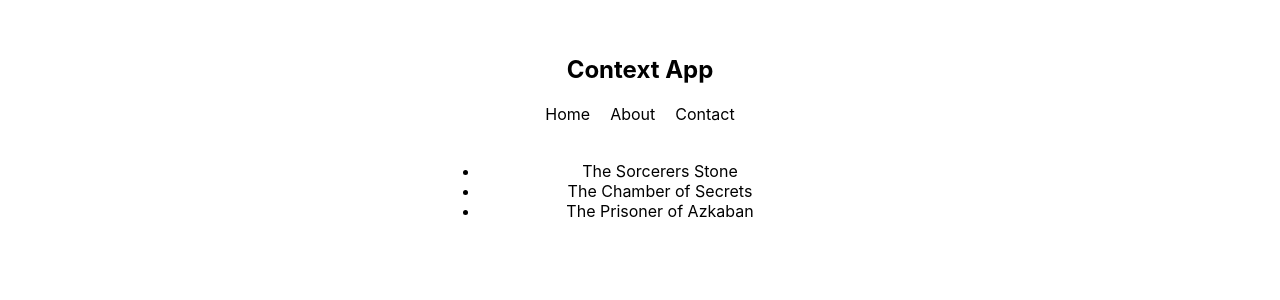
Repository: gboyega/Hook-Context-tut
Page: /
An editor plug-in stored every save of this project. The page is shown before and after a run of saves, followed by the edit.
The browser window is 1280 px wide. The pictures show the whole page.
The project was rebuilt for these pictures with package versions that can differ from the ones it lists, and the page was loaded fresh each time.

Above is the page before, as saved 2020-01-18 14:43:20.

### src/index.css
body {
  margin: 0;
  font-family: -apple-system, BlinkMacSystemFont, 'Segoe UI', 'Roboto', 'Oxygen',
    'Ubuntu', 'Cantarell', 'Fira Sans', 'Droid Sans', 'Helvetica Neue',
    sans-serif;
  -webkit-font-smoothing: antialiased;
  -moz-osx-font-smoothing: grayscale;
}

.App {
  max-width : 400px;
  margin: 30px auto;
  text-align: center;
}

nav{
  padding: 5px;
}

nav ul {
  padding: 0;
}

nav ul li {
  display: inline-block;
  margin: 0 10px;
}

.book-list {
  padding
}

### src/App.js
import React from 'react';
import Navbar from './components/Navbar';
import BookList from './components/BookList';

function App() {
  return (
    <div className="App">
    <Navbar />
    <BookList />

    </div>
  );
}

export default App;

### src/components/Navbar.js
import React, { Component } from 'react';

class Navbar extends Component {
    render() {
        return (
          <nav>
            <h1>Context App</h1>
            <ul>
              <li>Home</li>
              <li>About</li>
              <li>Contact</li>
            </ul>
          </nav>
        );
    }
}

export default Navbar ;

### src/components/BookList.js
import React, { Component } from 'react'

class BookList extends Component {

    render() {
        return (
          <div className="book-list">
            <ul>
              <li>The Sorcerers Stone</li>
              <li>The Chamber of Secrets </li>
              <li>The Prisoner of Azkaban</li>
            </ul>
          </div>
        );
    }
}

export default BookList;

Loaded but not shown: public/index.html (common file); src/index.js (common file); src/serviceWorker.js (common file)

After the next 14 saves:
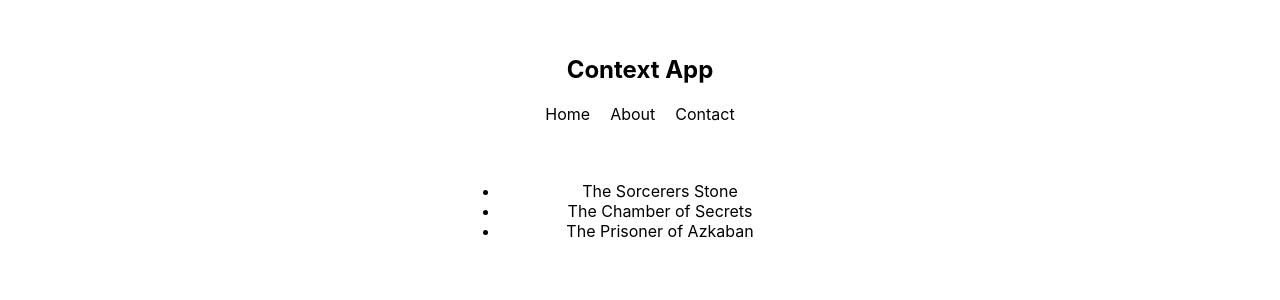
The 14 saves are shown as one change because they came seconds apart.
The last was saved 21 s later.
--- a/src/index.css
+++ b/src/index.css
@@ -27,5 +27,6 @@ nav ul li {
 }
 
 .book-list {
-  padding
+  padding: 20px;
+  margin-bottom: 20px
 }
